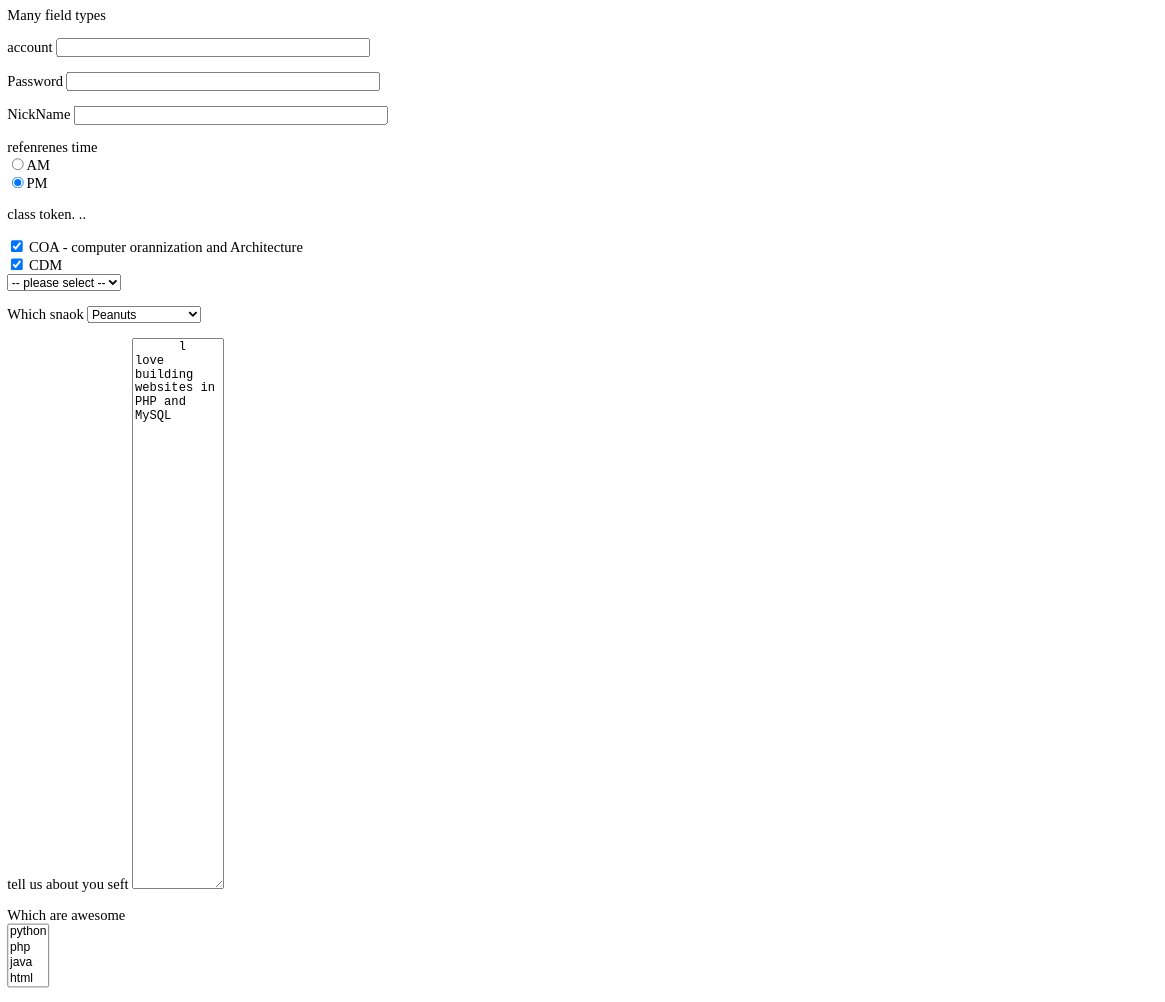
Repository: HuynhDuc23/PHPstudyonclass
Page: http://localhost/phpmailer/PHP_study/get.php
These files come from the project's save history. The page is drawn as it stood at one moment and after the next save; the edit follows.
The browser window is 1280 px wide. The pictures show the whole page, at 91% of full size.
The page is run by PHP 8.4 with error messages shown; the project is at /var/www/html/.

Above is the page before, as saved 2023-05-09 09:59:25.

### PHP_study/get.php
<p>Many field types</p>
<form  method="post" action="more.php"></form>
<p>
  <label for="inp01">account</label>
  <input type="text" name="account" id="inp01" size="40">
</p>
<p>
  <label for="inp02">Password</label>
  <input type="password" name="pw" id="inp02" size="40">
</p>
<p>
  <label for="inp03">NickName</label>
  <input type="text" name="nick" id="inp03" size="40">
</p>
<p>
  refenrenes time <br>
  <input type="radio" name="when" value="am">AM <br>
  <input type="radio" name="when" value="am" checked>PM <br>

</p>
<p>class token. ..</p>
<input type="checkbox" name="class1" value="si052" checked>
COA - computer orannization and Architecture <br>
<input type="checkbox" name="class2" value="si902" checked>
CDM <br>
<select name="soda" id="input06">
  <option value="0">-- please select --</option>
  <option value="1">Coke</option>
  <option value="2">Pepsi</option>
  <option value="3">Coca</option>
  <option value="4">Sua</option>
</select>
<p>
  <label for="inp07">Which snaok
    <select name="snaok" id="inp07">
      <option value="">-- please select --</option>
      <option value="chips">chip</option>
      <option value="peanuts" selected>Peanuts</option>
      <option value="cookie">Cookie</option>
    </select>
  </label>
</p>
<p>
  <label for="inp08">
    tell us about you seft
    <textarea name="about" id="inp08" cols="10" rows="40">
      l love building websites in PHP and MySQL
    </textarea>
  </label>
</p>
<p>
  <label for="inp08">Which are awesome <br>
  <select multiple = "multiple" name="code[]" id="inp09">
  <option value="python">python</option>
  <option value="php">php</option>
  <option value="java">java</option>
  <option value="html">html</option>
  </select>

</label>
</p>

After the next save:
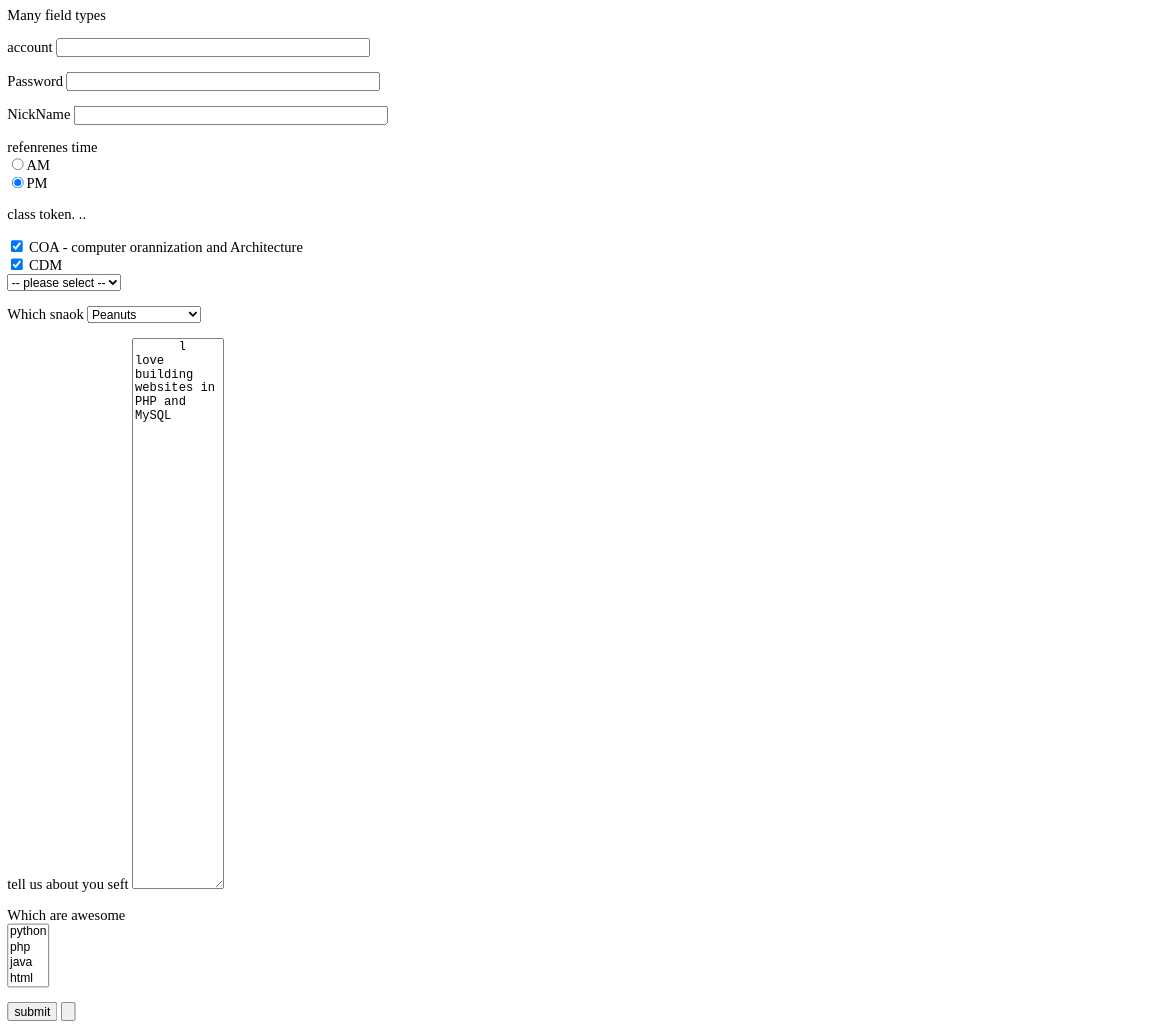
Saved 67 s later.
--- a/PHP_study/get.php
+++ b/PHP_study/get.php
@@ -59,3 +59,8 @@ CDM <br>
 
 </label>
 </p>
+<p>
+  <input type="submit" name="dopost" value="submit">
+  <input type="button" onclick="location.href='https:itedu.vn'; return false">
+
+</p>
